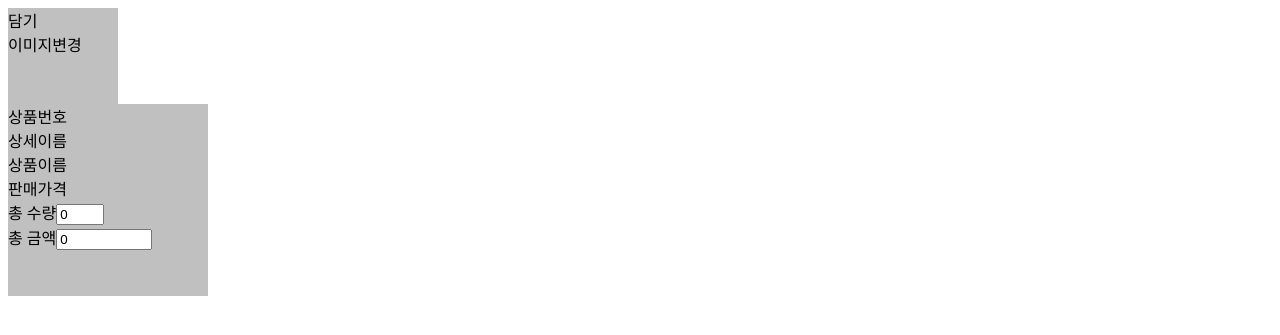
Repository: DevJoeYC/Metabukcs
Page: metabucks/WebContent/PROTO2/product/option.html
An editor plug-in stored every save of this project. The page is shown before and after the next save, followed by the edit.
The browser window is 1280 px wide. The pictures show the whole page.

Above is the page before, as saved 2022-05-26 06:12:43.

### metabucks/WebContent/PROTO2/product/option.html
<div style="width: 110px; height:6rem; background-color:silver;" class="left">
<div class="btn" onclick="putItemIntoCart();clearOption();">담기</div>
<div class="btn" onclick="UpdateIMG();">이미지변경</div>
</div>

<div style="width: 200px; height:6rem; background-color:silver;" class="left">
상품번호<span id="pro_no"></span><br>
상세이름<span id="pro_name"></span><br>
상품이름<span id="div_name"></span><br>
판매가격<span id="sel_price"></span><br>
</div>

<div style="width: 200px; height:6rem; background-color:silver;" class="left">
<div class="cart" id="totalCount">총 수량<input type="number" value="0" id="count" style="width:3rem;" readonly></div>
<div class="cart" id="totalPrice">총 금액<input type="number" value="0" id="price" style="width:6rem;" readonly></div>
<div style="width:100px; height:1.5rem; background-color:silver;" id="order_no_list"></div>
</div>

After the next save:
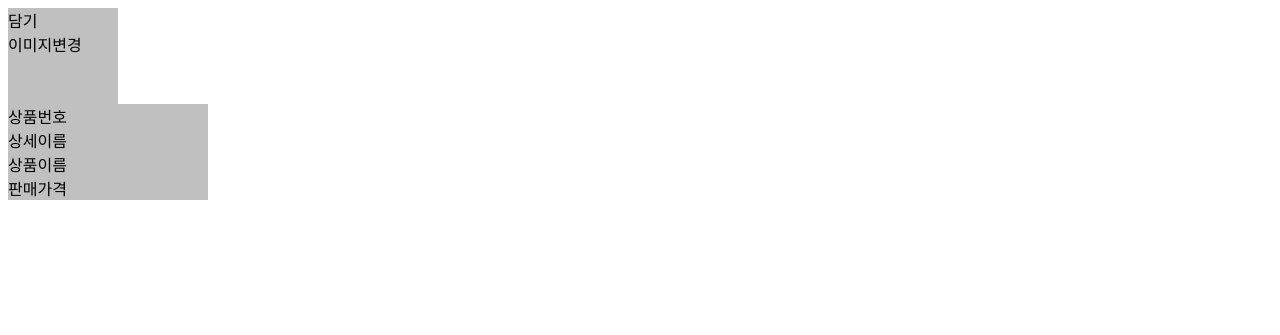
Saved 9 s later.
--- a/metabucks/WebContent/PROTO2/product/option.html
+++ b/metabucks/WebContent/PROTO2/product/option.html
@@ -9,9 +9,3 @@
 상품이름<span id="div_name"></span><br>
 판매가격<span id="sel_price"></span><br>
 </div>
-
-<div style="width: 200px; height:6rem; background-color:silver;" class="left">
-<div class="cart" id="totalCount">총 수량<input type="number" value="0" id="count" style="width:3rem;" readonly></div>
-<div class="cart" id="totalPrice">총 금액<input type="number" value="0" id="price" style="width:6rem;" readonly></div>
-<div style="width:100px; height:1.5rem; background-color:silver;" id="order_no_list"></div>
-</div>
